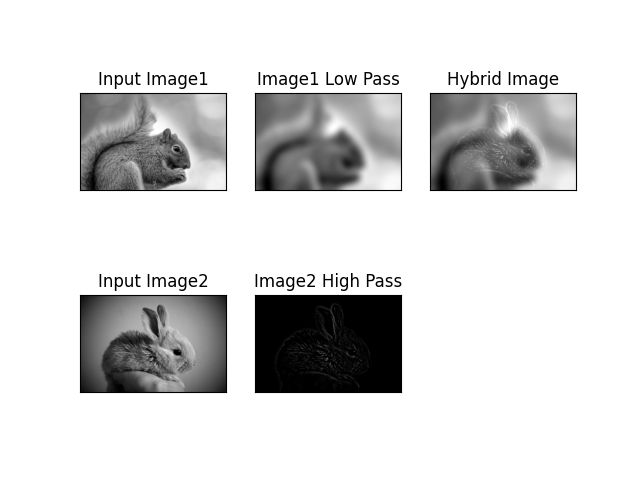
Repository: Yuer-yuan/CV
Script's output: python lab1-hybrid-image/gui/fft.py
These files come from the project's save history. The script's output is drawn as it stood at one moment and after the next save; the edit follows.
Random numbers start from a fixed seed. It also reads lab1-hybrid-image/gui/res/bunny1.png, lab1-hybrid-image/gui/res/squirrel1.png.

Above is the script's output before, as saved 2023-03-26 17:26:39.

After the next save:
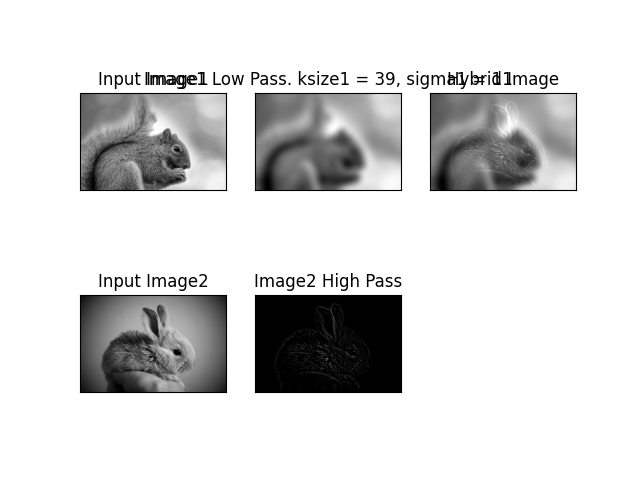
Saved 53 s later.
--- a/lab1-hybrid-image/gui/fft.py
+++ b/lab1-hybrid-image/gui/fft.py
@@ -21,7 +21,7 @@ def spatial_hybrid_image(img1, img2, ksize1, sigma1, ksize2, sigma2):
     plt.subplot(231), plt.imshow(img1, cmap='gray')
     plt.title('Input Image1'), plt.xticks([]), plt.yticks([])
     plt.subplot(232), plt.imshow(img1_low_pass, cmap='gray')
-    plt.title('Image1 Low Pass'), plt.xticks([]), plt.yticks([])
+    plt.title(f'Image1 Low Pass. ksize1 = {ksize1}, sigma1 = {sigma1}'), plt.xticks([]), plt.yticks([])
     plt.subplot(233), plt.imshow(hybrid_image, cmap='gray')
     plt.title('Hybrid Image'), plt.xticks([]), plt.yticks([])
     plt.subplot(234), plt.imshow(img2, cmap='gray')
